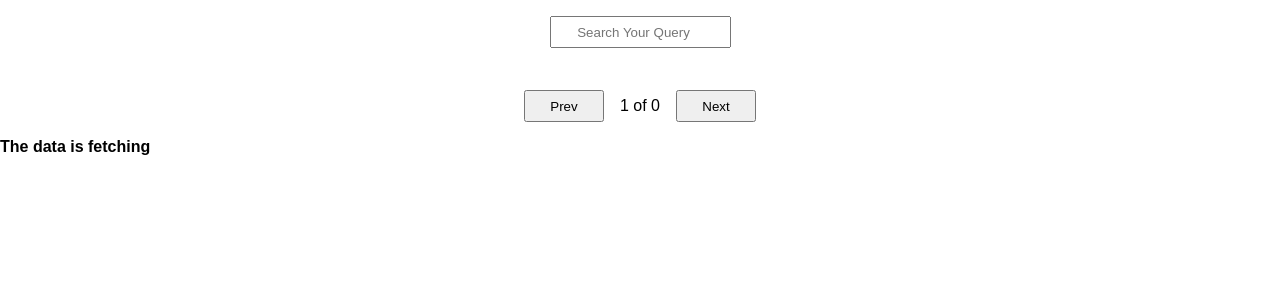
Repository: suraj-yadav7/TechNews
Page: /
An editor plug-in stored every save of this project. The page is shown before and after the next save, followed by the edit.
The browser window is 1280 px wide. The pictures show the whole page.
The page's requests for data from a server got no answer. The project was rebuilt for these pictures with package versions that can differ from the ones it lists, and the page was loaded fresh each time. No one was signed in, and anything a server would have sent is missing.

Above is the page before, as saved 2023-04-28 10:07:04.

After the next save:
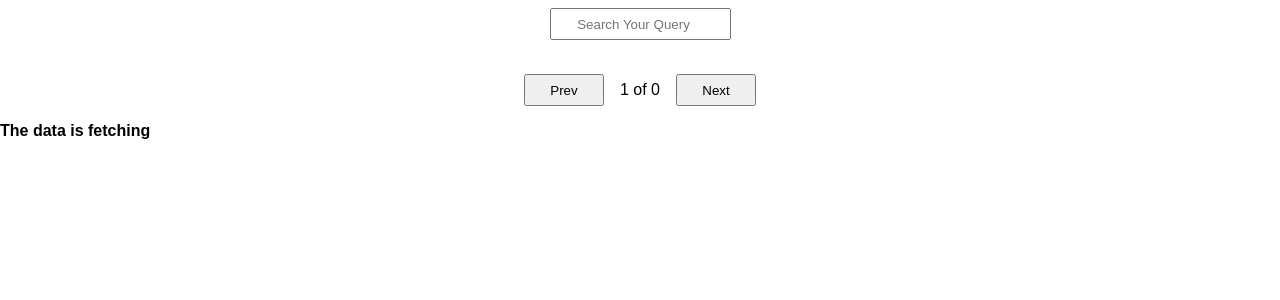
Saved 14 s later.
--- a/src/App.css
+++ b/src/App.css
@@ -43,7 +43,7 @@
   gap:10px
 }
 .searchInput{
-  margin: 1rem 0;
+  margin: 0.5rem 0;
   width: 100%;
   height: 2rem;
   text-align: center;
